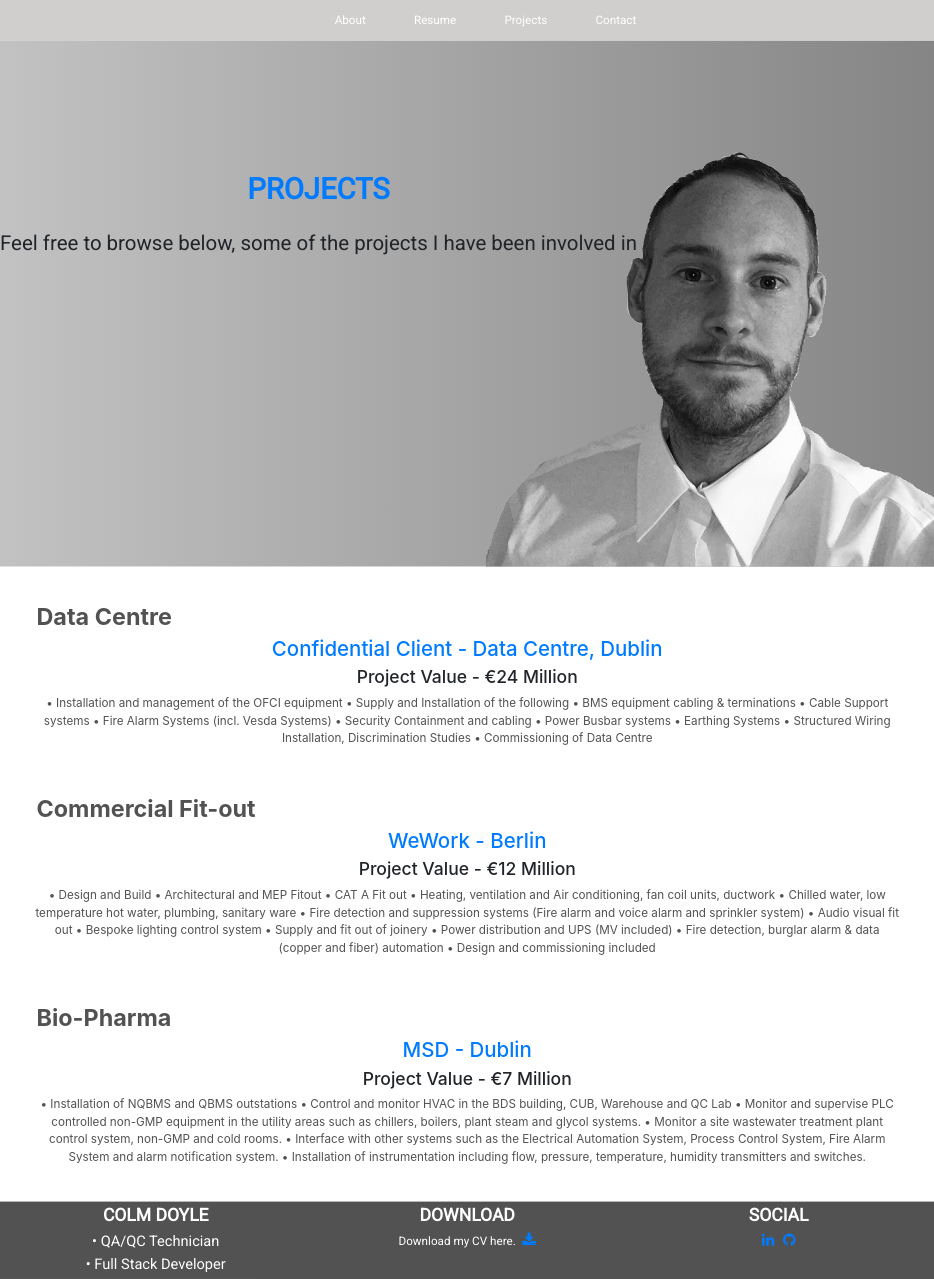
Repository: Code-Institute-Submissions/collyd21-milestone1
Page: projects.html
The author's editor kept a record of every edit. The page is drawn from the files as they stood at one moment, then again after the next edit.
The browser window is 1280 px wide. The pictures show the whole page, at 73% of full size.

Above is the page before.

After the next edit:
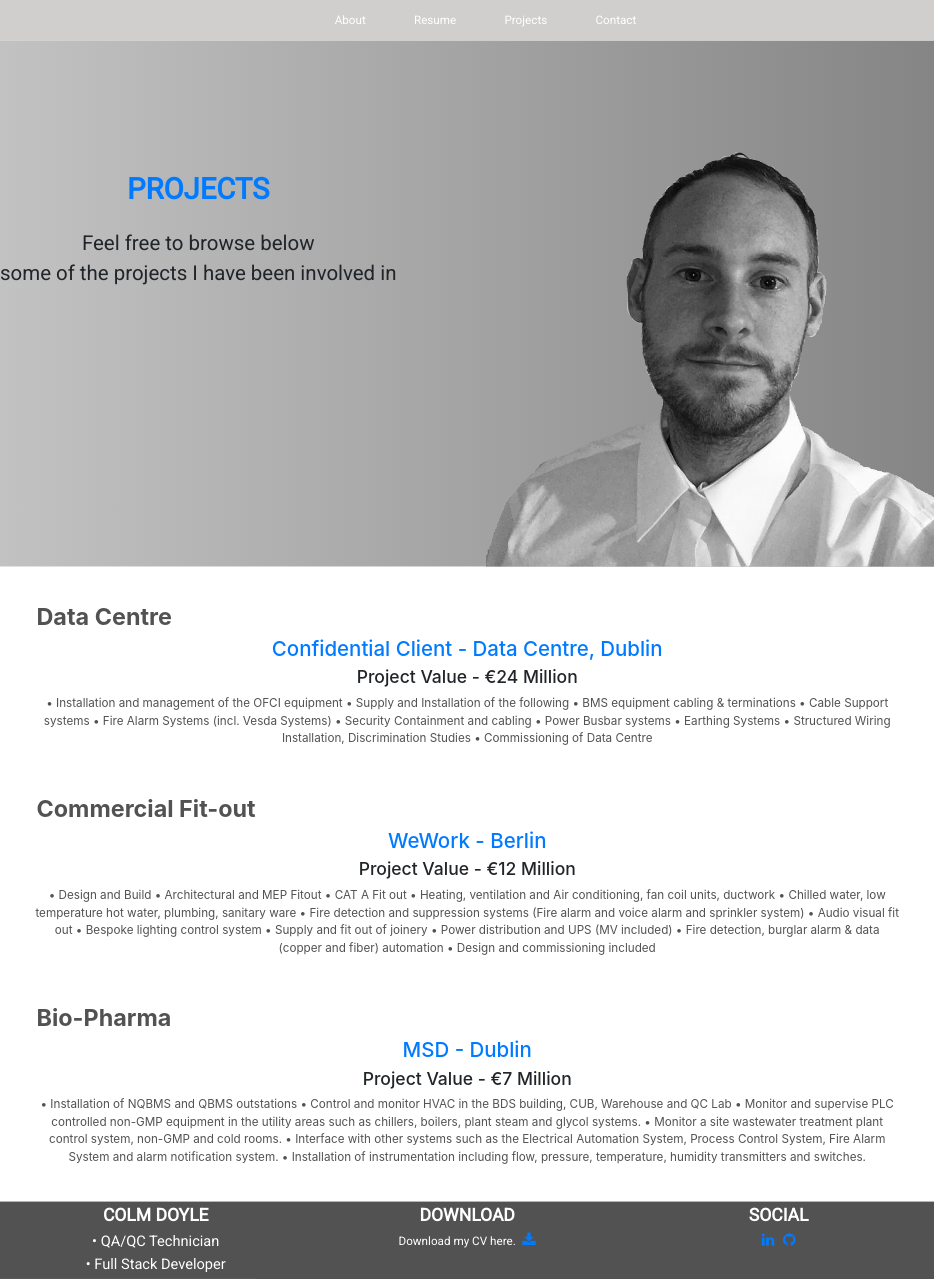
The edit:
--- a/projects.html
+++ b/projects.html
@@ -45,7 +45,8 @@
                 <div class="col-6-sm" id="projects">
                     <h1 class="uppercase-jumbo">Projects</h1>
                     <br>
-                    <h3>Feel free to browse below, some of the projects I have been involved in</h3>
+                    <h3>Feel free to browse below</h3>
+                    <h3>some of the projects I have been involved in</h3>
                 </div>
     </header>
 
